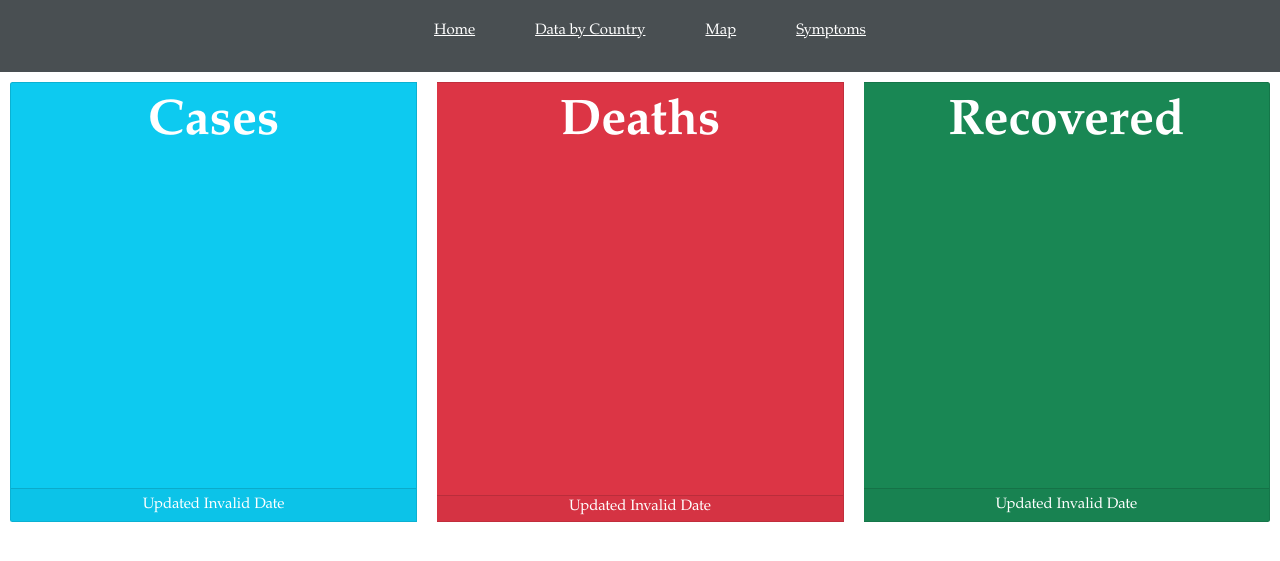
Repository: ranadubauskas/COVID-19Tracker
Page: /
These files come from the project's save history. The page is drawn as it stood at one moment and after the next save; the edit follows.
The browser window is 1280 px wide. The pictures show the whole page.
The page's requests for data from a server got no answer. The project was rebuilt for these pictures with package versions that can differ from the ones it lists, and the page was loaded fresh each time. No one was signed in, and anything a server would have sent is missing. Also part of the build but not shown: src/Pages/About.css, src/Pages/About.js, src/Pages/Countries.css, src/Pages/Countries.js, src/Pages/Map.js.

Above is the page before, as saved 2022-03-31 21:13:50.

### public/index.html
<!DOCTYPE html>
<html lang="en">
  <head>
    <meta charset="utf-8" />
    <link rel="icon" href="%PUBLIC_URL%/favicon.ico" />
    <meta name="viewport" content="width=device-width, initial-scale=1" />
    <link rel="stylesheet" href="https://maxcdn.bootstrapcdn.com/bootstrap/3.4.1/css/bootstrap.min.css">
  <script src="https://ajax.googleapis.com/ajax/libs/jquery/3.6.0/jquery.min.js"></script>
  <script src="https://maxcdn.bootstrapcdn.com/bootstrap/3.4.1/js/bootstrap.min.js"></script>
    <meta name="theme-color" content="#000000" />
    <meta
      name="description"
      content="Web site created using create-react-app"
    />
    <link rel="apple-touch-icon" href="%PUBLIC_URL%/logo192.png" />
    <!--
      manifest.json provides metadata used when your web app is installed on a
      user's mobile device or desktop. See https://developers.google.com/web/fundamentals/web-app-manifest/
    -->
    <link rel="manifest" href="%PUBLIC_URL%/manifest.json" />
    <!--
      Notice the use of %PUBLIC_URL% in the tags above.
      It will be replaced with the URL of the `public` folder during the build.
      Only files inside the `public` folder can be referenced from the HTML.
      Unlike "/favicon.ico" or "favicon.ico", "%PUBLIC_URL%/favicon.ico" will
      work correctly both with client-side routing and a non-root public URL.
      Learn how to configure a non-root public URL by running `npm run build`.
    -->
    <title>React App</title>
  </head>
  <body>
    <noscript>You need to enable JavaScript to run this app.</noscript>
    <div id="root"></div>
    <!--
      This HTML file is a template.
      If you open it directly in the browser, you will see an empty page.
      You can add webfonts, meta tags, or analytics to this file.
      The build step will place the bundled scripts into the <body> tag.
      To begin the development, run `npm start` or `yarn start`.
      To create a production bundle, use `npm run build` or `yarn build`.
    -->

  </body>


</html>

### src/App.js
import React from "react";
import "./App.css";
import Home from './Pages/Home';
import About from './Pages/About';
import Countries from './Pages/Countries';
import Map from  './Pages/Map';
import { BrowserRouter as Router, Routes, Route, Link } from "react-router-dom";



const App = () => {
  return (


    <Router>

      <nav className="nav">
     <ul className="nav-list">
          <li><Link to="/" className="link">Home</Link></li>
          <li><Link to="/Countries" className="link"> Data by Country</Link></li>
          <li> <Link to="/Map" className="link">Map </Link> </li>
          <li> <Link to="/About" className="link"> Symptoms </Link></li>
        </ul>
        </nav>








      <Routes>
      <Route path='/' element={<Home/>} />
      <Route path='/Countries' element={<Countries/>} />
      <Route path='/About' element={<About/>} />
      <Route path='/Map' element={<Map/>} />
        </Routes>
    </Router>
  )
}

export default App

### src/App.css
.App {
  font-family: Garamond, serif;
  text-align: center;
}
.all{
  font-family: Garamond, serif;
}
h1{
  text-align: center;
  font-family: Garamond, serif;
}
.countries{
  display: grid;
  grid-template-columns: 370px 370px 370px;
  column-gap: 10px;
  line-height: 50%;
  margin: auto;
}
.form input{
  padding: 15px;
  font-size: 25px;
  color: black;
}


nav{

  justify-content: space-around;
  align-items: center;
  min-height: 10vh;
  background: rgb(73, 79, 82);
  color: white;
  font-family: Garamond, serif;
  font-size: 15px;
  text-decoration: none !important;
}

.link {
  color: #FFF;
}

.nav-list{
  width: 40%;
  display: flex;
  justify-content: space-around;
  align-items: center;
  list-style: none;
  color: white;
}

Card{
  width: 150%;
  height: 150%;
}

### src/Pages/Home.js
import React, { useEffect, useState } from "react";
import 'bootstrap/dist/css/bootstrap.min.css';
import Card from 'react-bootstrap/Card';
import CardGroup from 'react-bootstrap/CardGroup';
import axios from 'axios';
import Form from 'react-bootstrap/Form';





function Home() {
  const [latest, setLatest]=useState([]);
  const [result, setResult]=useState([]);
  const date = new Date(parseInt(latest.updated));
  const lastUpdated=date.toString();



  useEffect(() => {
    axios
    .all([
    axios.get('https://disease.sh/v3/covid-19/all')
    ])
    .then(responseArr => {
      setLatest(responseArr[0].data);
      setResult(responseArr[1].data);
    })
    .catch(err => {
      console.log(err);
    });
  }, []);



  return (

    <div className="all">

  <CardGroup>
  <Card bg="info" text="white" className="text-center" style={{margin: "10px", width: "44rem", height: "44rem"}}>
    <Card.Body>
      <Card.Title style={{fontSize:"50px", fontWeight:"bold"}}>Cases</Card.Title>
      <Card.Text>
        {latest.cases}
      </Card.Text>
    </Card.Body>
    <Card.Footer>
      <small style={{fontSize:"15px"}}>Updated {lastUpdated}</small>
    </Card.Footer>
  </Card>
  <Card bg="danger" text="white" className="text-center" style={{margin: "10px", width: "44rem", height: "44rem"}}>
    <Card.Body>
      <Card.Title style={{fontSize:"50px", fontWeight:"bold"}}>Deaths</Card.Title>
      <Card.Text>
        {latest.deaths}
      </Card.Text>
    </Card.Body>
    <Card.Footer>
      <small style={{fontSize:"15px", lineHeight:"5px"}}> Updated {lastUpdated}</small>
    </Card.Footer>
  </Card>
  <Card bg="success" text="white" className="text-center" style={{margin: "10px", width: "44rem", height: "44rem"}}>
    <Card.Body>
      <Card.Title style={{fontSize:"50px", fontWeight:"bold"}}>Recovered</Card.Title>
      <Card.Text>
        {latest.recovered}
      </Card.Text>
    </Card.Body>
    <Card.Footer>
      <small style={{fontSize:"15px"}}>Updated {lastUpdated}</small>
    </Card.Footer>
  </Card>
</CardGroup>


   </div>
  );
};

export default Home;

Loaded but not shown: src/index.js (common file)

After the next save:
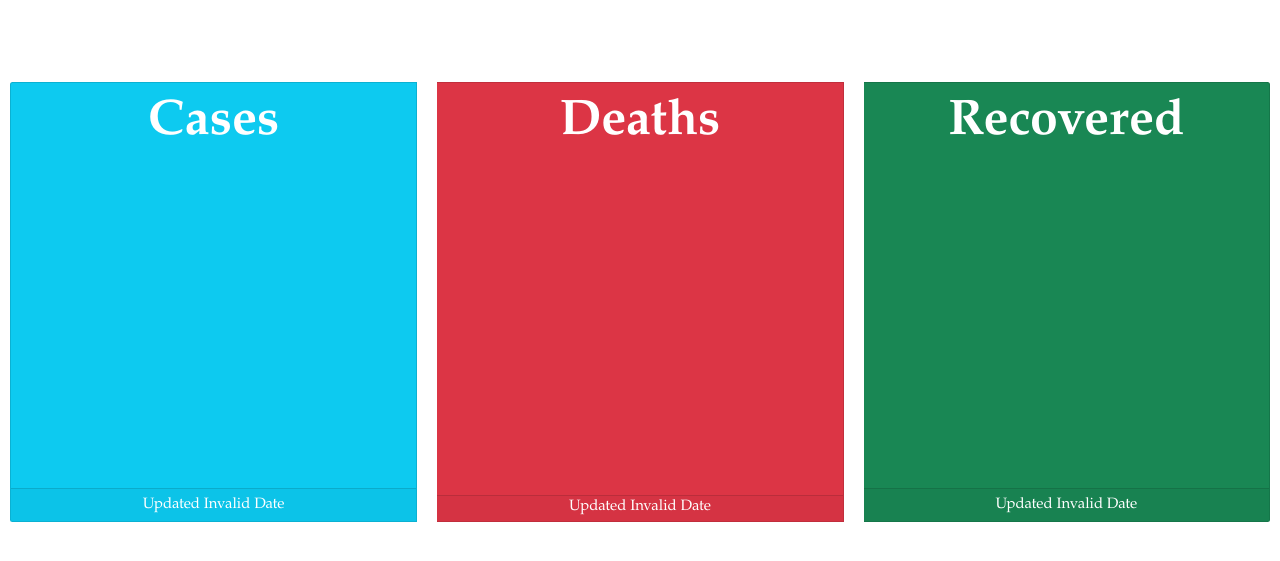
Saved 54 s later.
--- a/src/App.css
+++ b/src/App.css
@@ -23,12 +23,16 @@
 }
 
 
+.top{
+  background: rgb(73, 79, 82);
+
+}
 nav{
 
   justify-content: space-around;
   align-items: center;
   min-height: 10vh;
-  background: rgb(73, 79, 82);
+
   color: white;
   font-family: Garamond, serif;
   font-size: 15px;

After the save that followed:
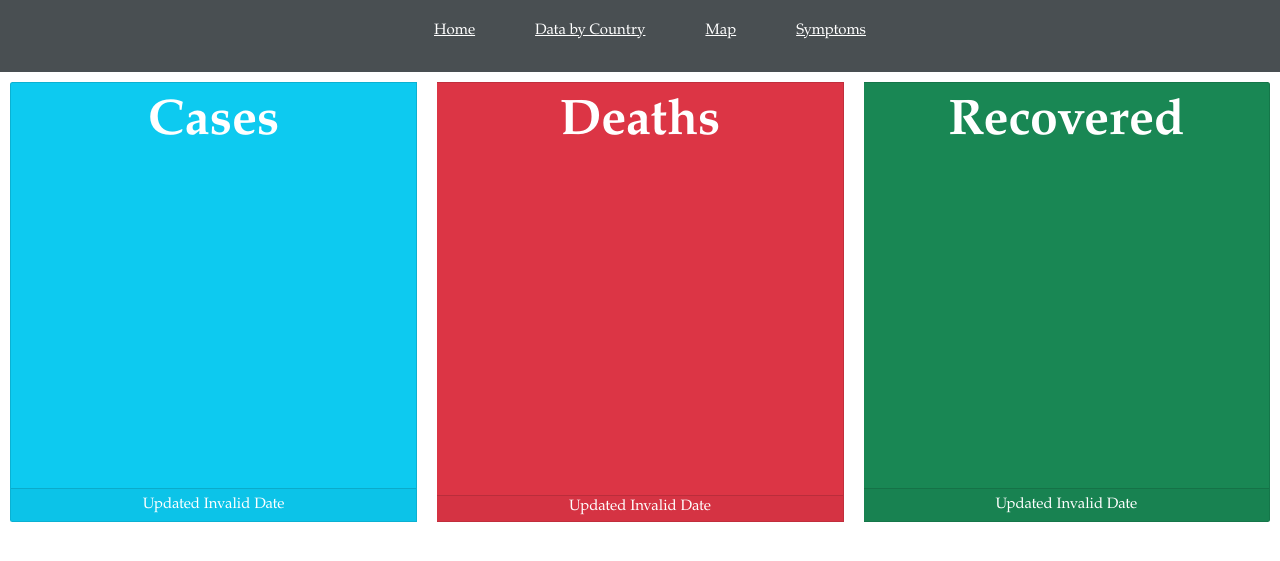
Saved 12 s later.
--- a/src/App.css
+++ b/src/App.css
@@ -23,16 +23,12 @@
 }
 
 
-.top{
-  background: rgb(73, 79, 82);
-
-}
 nav{
 
   justify-content: space-around;
   align-items: center;
   min-height: 10vh;
-
+  background: rgb(73, 79, 82);
   color: white;
   font-family: Garamond, serif;
   font-size: 15px;
